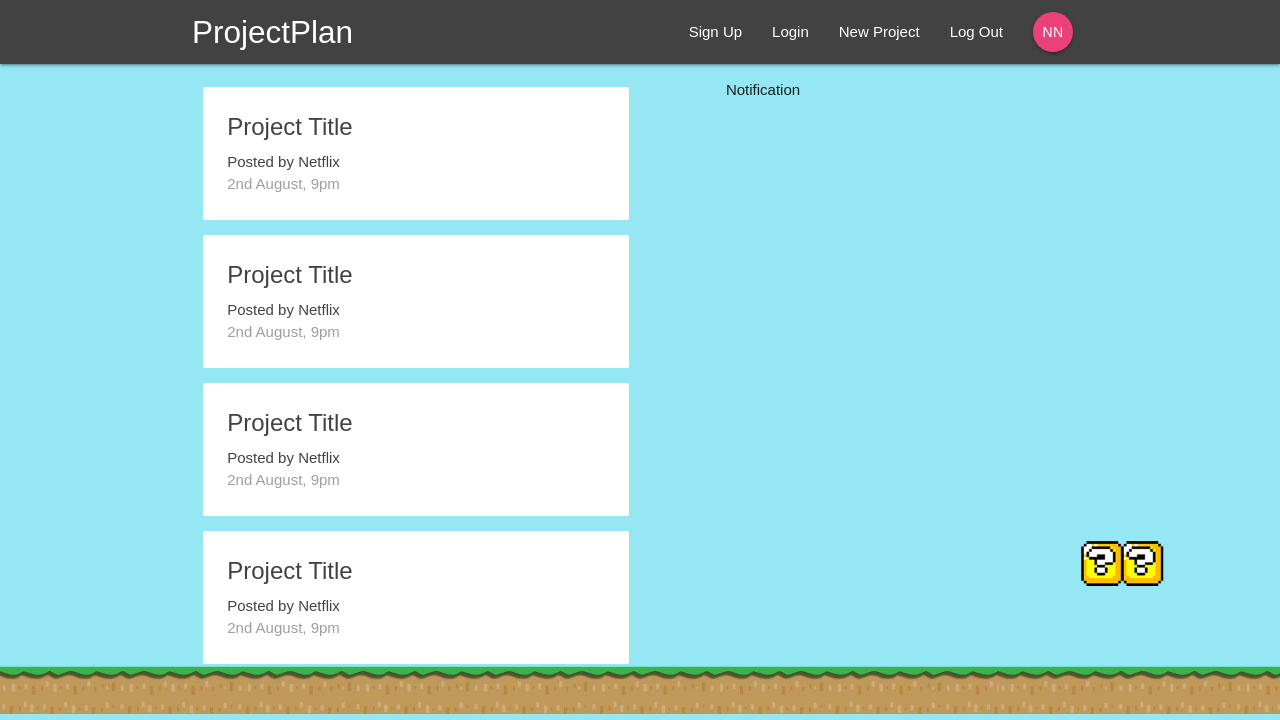
Repository: Ranjan08385/React-Firebase-Project
Page: /
The author's editor kept a copy of each file at every save. The page is drawn from the files as they stood at one save, then again after the next save.
The browser window is 1280 px wide. The pictures show the whole page.
The project was rebuilt for these pictures with package versions that can differ from the ones it lists, and the page was loaded fresh each time. Also part of the build but not shown: src/Components/projects/ProjectDetails.js, src/Components/auth/SignIn.js, src/Components/auth/SignUp.js, src/Components/projects/CreateProject.js.

Above is the page before, as saved 2019-10-10 13:05:06.

After the next save:
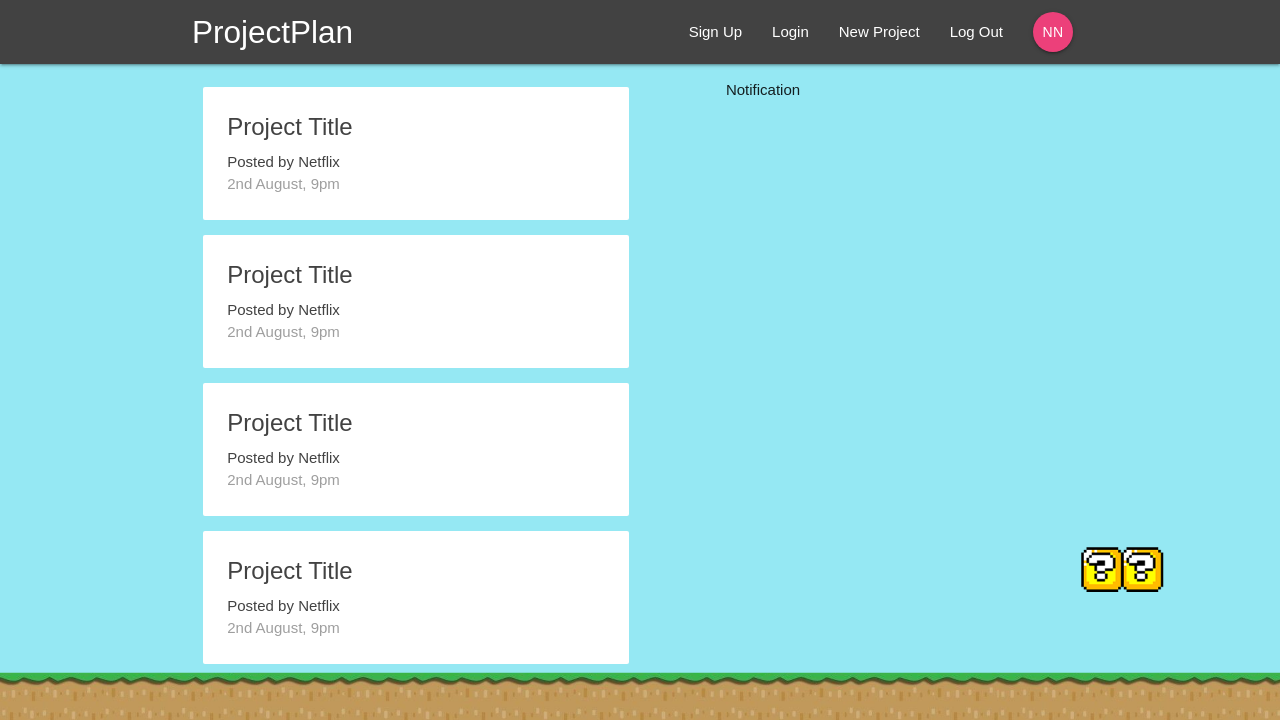
Saved 88 s later.
--- a/src/index.css
+++ b/src/index.css
@@ -1,3 +1,6 @@
+html {
+  min-height: 100%;
+}
 body {
   margin: 0;
   padding: 0;
@@ -6,4 +9,5 @@
   background-size: 100%;
   background-position: bottom;
   background-color: #95e8f3;
+  min-height: 100%;
 }
